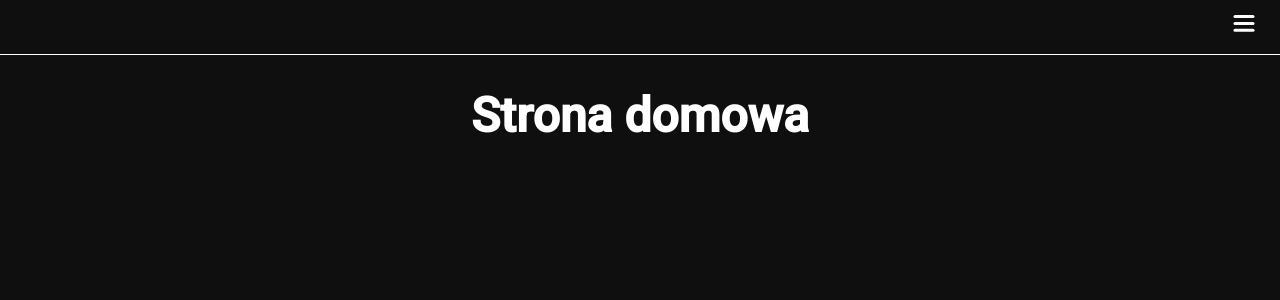
Repository: KrzysKolo/sr_tydzien5_zad3
Page: /
An editor plug-in stored every save of this project. The page is shown before and after the next save, followed by the edit.
The browser window is 1280 px wide. The pictures show the whole page.
The project was rebuilt for these pictures with package versions that can differ from the ones it lists, and the page was loaded fresh each time. Also part of the build but not shown: src/components/pages/Contact.js, src/components/pages/About.js, src/components/pages/Products.js.

Above is the page before, as saved 2020-12-31 12:42:55.

### public/index.html
<!DOCTYPE html>
<html lang="en">
  <head>
    <meta charset="utf-8" />
    <link rel="icon" href="%PUBLIC_URL%/favicon.ico" />
    <meta name="viewport" content="width=device-width, initial-scale=1" />
    <meta name="theme-color" content="#000000" />
    <meta
      name="description"
      content="Web site created using create-react-app"
    />
    <link rel="apple-touch-icon" href="%PUBLIC_URL%/logo192.png" />
    <!--
      manifest.json provides metadata used when your web app is installed on a
      user's mobile device or desktop. See https://developers.google.com/web/fundamentals/web-app-manifest/
    -->
    <link rel="manifest" href="%PUBLIC_URL%/manifest.json" />
    <!--
      Notice the use of %PUBLIC_URL% in the tags above.
      It will be replaced with the URL of the `public` folder during the build.
      Only files inside the `public` folder can be referenced from the HTML.

      Unlike "/favicon.ico" or "favicon.ico", "%PUBLIC_URL%/favicon.ico" will
      work correctly both with client-side routing and a non-root public URL.
      Learn how to configure a non-root public URL by running `npm run build`.
    -->
    <link rel="preconnect" href="https://fonts.gstatic.com">
    <link href="https://fonts.googleapis.com/css2?family=Poppins:wght@300;400&family=Roboto:wght@500&display=swap" rel="stylesheet">
    <title>Menu nawigacyjne</title>
  </head>
  <body>
    <noscript>You need to enable JavaScript to run this app.</noscript>
    <div id="root"></div>
    <!--
      This HTML file is a template.
      If you open it directly in the browser, you will see an empty page.

      You can add webfonts, meta tags, or analytics to this file.
      The build step will place the bundled scripts into the <body> tag.

      To begin the development, run `npm start` or `yarn start`.
      To create a production bundle, use `npm run build` or `yarn build`.
    -->
  </body>
</html>

### src/App.js
import React from 'react';
import styled from 'styled-components';
import './App.css';
import { BrowserRouter as Router, Route } from 'react-router-dom';
import Navbar from './components/navbar/Navbar';
import Home from './components/pages/Home';
import Contact from './components/pages/Contact';
import About from './components/pages/About';
import Products from './components/pages/Products';

const AppContainer = styled.div`
  width: 100vw;
  height: 100vh;
  display: flex;
  flex-direction: column;
  align-items: center;
  background-color: rgba(15, 15, 15, 1);
  color: #fff;
`;
const InnerContainer = styled.div`
  width: 100%;
  display: flex;
  flex-direction: column;
  align-items: center;
  padding: 2rem;
`;
const SomeContent = styled.h2`
  color: #fff;
`;
const App = () => {
  return (
    <Router>
      <AppContainer>
        <Navbar />
        <InnerContainer>
          <SomeContent>
            <Route path="/" exact component={Home} />
            <Route path="/About" component={About} />
            <Route path="/Contact" component={Contact} />
            <Route path="/Products" component={Products} />
          </SomeContent>
        </InnerContainer>
      </AppContainer>
    </Router>
  )
}

export default App;

### src/App.css
* {
  box-sizing: border-box;
  padding: 0;
  margin: 0;
}
body {
  font-family: "Roboto", sans-serif;
}

### src/components/navbar/Navbar.js
import React from 'react';
import styled from 'styled-components';
import HamburgerMenu from './../../components/hamburgerMenu/HamburgerMenu';

const NavbarContainer = styled.div`
    width: 100vw;
    height: 55px;
    border-bottom: 1px solid #fff;
    display: flex;
    flex-direction: row-reverse;
    align-items: center;
    padding: 0 1.5rem;
`;
const Navbar = () => {
    return (
        <NavbarContainer>
            <HamburgerMenu />
        </NavbarContainer>
    )
}

export default Navbar;

### src/components/pages/Home.js
import React from 'react';

const Home = () => {
    return (
        <>
            <h1>Strona domowa</h1>
        </>
    )
}

export default Home;

### src/components/hamburgerMenu/HamburgerMenu.js
import React, { useState } from 'react';
import styled from 'styled-components';
import MenuToggle from './MenuToggle';
import NavMenu from './NavMenu';
import { motion } from 'framer-motion';
import { FontAwesomeIcon } from '@fortawesome/react-fontawesome';
import { faUserCircle } from '@fortawesome/free-solid-svg-icons';

const HamburgerMenuContainer = styled.div`
    display: flex;
`;

const HamburgerIcon = styled.div`
    color: ${({ reverseColor }) => reverseColor ? "#000" : "#fff"};
    cursor: pointer;
    z-index: 99;
    transition: all 0.25s ease-in-out;
`;

const MenuContainer = styled(motion.div)`
    height: 100%;
    width: 100%;
    max-width: 100%;
    background-color: #fff;
    box-shadow: -2px 0 2px rgba(15, 15, 15, 0.3);
    z-index: 90;
    position: fixed;
    top: 0;
    right: 0;
    transform: translateX(4em);
    user-select: none;
    padding: 1rem 2.5rem;

`;

const TopContainer = styled.div`
    display: flex;
    width: 100%;
`;

const IconContainer = styled.div`
    font-size: 15px;
    color: #555;
    padding-right: 5px;
`;

const LoginButton = styled(motion.button)`
    border: 0;
    background: transparent;
    color: #555;
    display: flex;
    flex-direction: row;
    font-size: 13px;
    font-weight: 700;
    transition: all .25s ease-in-out;
    &:hover {
        color: #666;
    }
    &:focus {
        outline: none;
    }
    &:not(:last-of-type){
        border-right: 1px solid #cecece;
        padding-right: 10px;
        margin-right: 10px;
    }
`;

const ContentContainer = styled.div`
    display: flex;
    flex-direction: column;
    margin-top: 1rem;
`;

const menuTransition = { type: "spring", duration: 1, stiffness: 33, delay: 0.1 }
const menuVariants = {
    open: {
        transform: "translateX(3%)",
    },
    closed: {
        transform: "translateX(103%)",
    },
}

const HamburgerMenu = (props) => {
    const [isOpen, setIsOpen] = useState(false)
    const toggleMenu = () => {
        setIsOpen(!isOpen);
    }
    return (
        <HamburgerMenuContainer>
            <HamburgerIcon>
                <MenuToggle toggle={toggleMenu} isOpen={isOpen} />
            </HamburgerIcon>

            <MenuContainer
            initial={false}
            animate={isOpen ? "open" : "closed"}
            variants={menuVariants}
            transition={menuTransition}>
                <TopContainer>
                    <LoginButton>
                        <IconContainer>
                            <FontAwesomeIcon icon={faUserCircle}/>
                        </IconContainer>
                        LOGIN
                    </LoginButton>
                    <LoginButton>
                        JOIN US
                    </LoginButton>
                </TopContainer>
                <ContentContainer>
                    <NavMenu toggle={toggleMenu}  isOpen={isOpen} />
                </ContentContainer>
            </MenuContainer>

        </HamburgerMenuContainer>
    )
}

export default HamburgerMenu;

### src/components/hamburgerMenu/MenuToggle.js
import { motion } from 'framer-motion';
import React from 'react';
import styled from 'styled-components';

const Button = styled.div`
    z-index: 99;
    cursor: pointer;
`;

const Path = (props) => (
    <motion.path fill="transparent" strokeLinecap="round" strokeWidth="3" {...props} />
)
const transition = { duration: 0.3 };
const MenuToggle = ({ toggle, isOpen }) => {
    return (
        <Button onClick={toggle}>
            <svg width="23" height="23" viewBox="0 0 23 23">
                <Path animate={isOpen ? "open" : "closed"} initial={false}
                variants={{
                    closed: {d: "M 2 2.5 L 20 2.5", stroke: "hsl(0, 0%, 100%)"},
                    open: {d: "M 3 16.5 L 17 2.5", stroke: "hsl(0, 0%, 18%)"},
                }} transition={transition} />
                <Path
                d="M 2 9.423 L 20 9.423"
                stroke="hsl(0, 0%, 100%)"
                animate={isOpen ? "open" : "closed"}
                initial={false}
                variants={{
                    closed: { opacity: 1},
                    open: { opacity: 0 },
                }} transition={transition} />
                <Path
                animate={isOpen ? "open" : "closed"}
                 initial={false}
                variants={{
                    closed: {d: "M 2 16.346 L 20 16.346", stroke: "hsl(0, 0%, 100%)"},
                    open: {d: "M 3 2.5 L 17 16.346", stroke: "hsl(0, 0%, 18%)"},
                }} transition={transition} />
            </svg>

        </Button>
    )
}

export default MenuToggle;

### src/components/hamburgerMenu/NavMenu.js
import React from 'react';
import styled from 'styled-components';
import { motion } from 'framer-motion';
import { NavLink } from 'react-router-dom';

const NavMenuContainer = styled.div`
    width: 100%;
    display: flex;
    flex-direction: column;
`;
const NavList = styled.ul`
    padding: 0 0.8em;
    width: 100%;
    display: flex;
    flex-direction: column;
`;
const NavButton = styled.div`
    background: linear-gradient(90deg, rgba(219,219,219,0.1) 0%, rgba(255,255,255,1)  50%, rgba(219,219,219,0.1) 100%);
    text-align: center;
    line-height: 55px;
    border-bottom: 2px solid rgba(219, 219, 219, .4);
    color: #555;
    font-size: 18px;
    margin-right: 30px;
    font-weight: 600;
    height: 55px;
    transition: all 0.25s ease-in-out;
    &:hover{
        background: linear-gradient(90deg, rgba(255,255,255,1) 0%, rgba(219,219,219,0.1) 50%, rgba(255,255,255,1) 100%);
        color: rgb(255, 0, 0);
    }
`;
const NavLinks = styled(motion.li)`
    border-bottom: 2px solid rgba(219, 219, 219, .4);
    margin-right: 30px;
    font-weight: 600;
    height: 55px;
    display: flex;
    align-items: center;
    cursor: pointer;

    a {
        font-size: 18px;
        color: #444;
        text-decoration: none;
        transition: all 0.2s ease-in-out;
    }
    .active {
        border-left: 6px solid red;
        padding-left: 5px;
}
    &:hover {
        background: linear-gradient(90deg, rgba(255,255,255,1) 0%, rgba(219,219,219,0.1) 50%, rgba(255,255,255,1) 100%);
        border-bottom: 2px solid rgba(219, 219, 219, .2);
        a {
            color: rgba(85, 85, 85, .8);
        }

    }
`;
const variants = {
    show: {
        transform: "translateX(0em)",
        opacity: 1,
    },
    hide: {
        transform: "translateX(5em)",
        opacity: 0,
    },
}
const NavMenu = ({ isOpen, toggle }) => {
    return (
        <NavMenuContainer>
            <NavList>
                <NavLinks
                initial={false}
                animate={ isOpen ? "show" : "hide"}
                variants={{
                    show: {
                         ...variants.show,
                         transition: { delay: 0.3, duration: 0.2},
                        },
                    hide: {
                        ...variants.hide,
                        transition: { delay: 0.05, duration: 0.05 },
                        },
                    }}
    >
                    <NavLink to="/" exact>Home</NavLink>
                </NavLinks>
                <NavLinks
                initial={false}
                animate={ isOpen ? "show" : "hide"}
                variants={{
                    show: {
                         ...variants.show,
                         transition: { delay: 0.4, duration: 0.2},
                        },
                    hide: {
                        ...variants.hide,
                        transition: { delay: 0.1, duration: 0.05 },
                        },
                    }}
    >
                    <NavLink to="/products">Products</NavLink>
                </NavLinks>
                <NavLinks
                initial={false}
                animate={ isOpen ? "show" : "hide"}
                variants={{
                    show: {
                         ...variants.show,
                         transition: { delay: 0.5, duration: 0.2},
                        },
                    hide: {
                        ...variants.hide,
                        transition: { delay: 0.15, duration: 0.05 },
                        },
                    }}
    >
                    <NavLink to="/about">About</NavLink>
                </NavLinks>
                <NavLinks
                initial={false}
                animate={ isOpen ? "show" : "hide"}
                variants={{
                    show: {
                         ...variants.show,
                         transition: { delay: 0.6, duration: 0.2},
                        },
                    hide: {
                        ...variants.hide,
                        transition: { delay: 0.2, duration: 0.05 },
                        },
                    }}
    >
                    <NavLink to="/contact">Contact</NavLink>
                </NavLinks>
                <NavButton onClick={toggle}>Close</NavButton>

            </NavList>
        </NavMenuContainer>

    )
}

export default NavMenu;

Loaded but not shown: src/index.js (common file); src/index.css (common file)

After the next save:
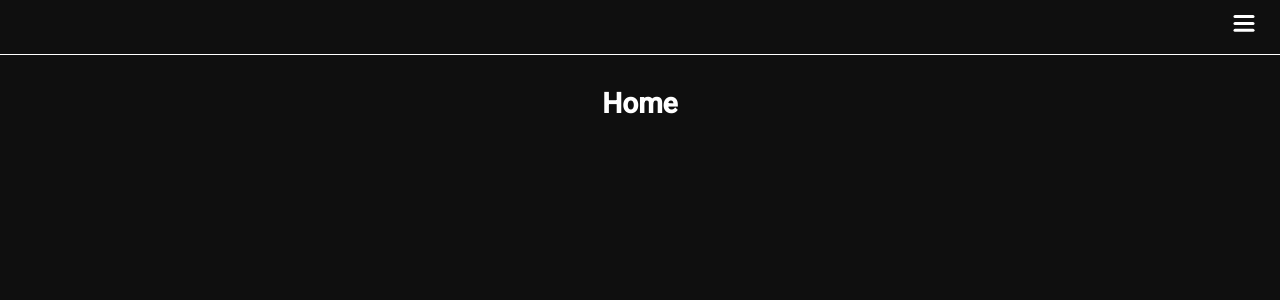
Saved 18 s later.
--- a/src/components/pages/Home.js
+++ b/src/components/pages/Home.js
@@ -3,7 +3,7 @@ import React from 'react';
 const Home = () => {
     return (
         <>
-            <h1>Strona domowa</h1>
+            <h3>Home</h3>
         </>
     )
 }
